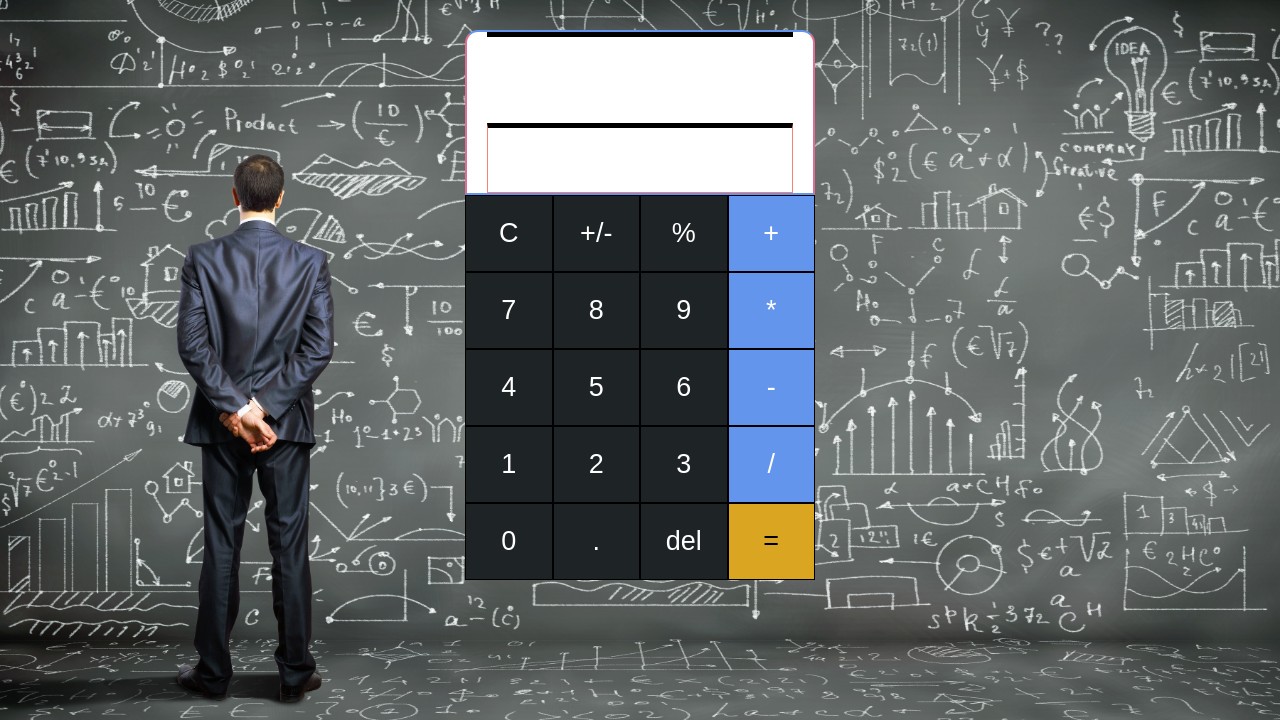
Repository: OfirLana/Calculator
Page: index.html
An editor plug-in stored every save of this project. The page is shown before and after the next save, followed by the edit.
The browser window is 1280 px wide. The pictures show the whole page.

Above is the page before, as saved 2019-03-18 13:41:56.

### index.html
<!DOCTYPE html>
<html lang="en">

<head>
    <meta charset="UTF-8">
    <meta name="viewport" content="width=device-width, initial-scale=1.0">
    <meta http-equiv="X-UA-Compatible" content="ie=edge">
    <link href="https://fonts.googleapis.com/css?family=Lato:100,300,400,700,900" rel="stylesheet">
    <title>Document</title>
    <link rel="stylesheet" href="style.css">
</head>

<body>

    <div class="calculator">
        <div class="output_box">
            <div class="main_output" ></div>
            <div class="sub_output"></div>
        </div>


        <div class="opeartor_box">
            <button class="btn dlt">C</button>
            <button class="btn">+/-</button>
            <button class="btn ">%</button>
            <button class="btn op">+</button>
            <button class="btn">7</button>
            <button class="btn">8</button>
            <button class="btn">9</button>
            <button class="btn op">*</button>
            <button class="btn">4</button>
            <button class="btn">5</button>
            <button class="btn">6</button>
            <button class="btn op">-</button>
            <button class="btn">1</button>
            <button class="btn">2</button>
            <button class="btn">3</button>
            <button class="btn op">/</button>
            <button class="btn">0</button>
            <button class="btn">.</button>
            <button class="btn">del</button>
            <button class="btn sum">=</button>


        </div>








    </div>
    <script src="index.js"></script>
</body>

</html>

### style.css
* {
    margin: 0;
    padding: 0;
    box-sizing: border-box;
}

html {
    font-size: 62.5%;
}

body {
    font-family: "Lato", sans-serif;
    font-size: 1.6rem;
    color: #777;
    padding: 3rem 0px 0px 0px;
    /* background: cadetblue; */
    background:url(img/math2.jpg);
    background-size: cover;

}



.calculator {
    display: flex;
    flex-direction: column;
    margin: 0 auto;
    width: 35rem;
    height: 55rem;
    /* border: 1px solid red; */
    border-radius: 5px;
}

.output_box {
    display: flex;
    flex-direction: column;
    flex-basis: 30%;
    border: 2px solid cornflowerblue;
    border-radius: 13px 13px 0px 0px;
    border-right: 2px solid palevioletred;
    border-left: 2px solid palevioletred;
    width: 100%;
    justify-content: space-between;
    padding:0px 20px;
    background:white;
    color:black;
    font-size:19px;
}

.main_output {
    display: flex;
    /* border: 1px solid blue; */
    height: 6rem;
    justify-content: center;
    align-items:center;
    /* background:blue; */
  /* border:1px solid tomato; */
    width:100%;
    /* background:blue; */
    text-align:end;
    overflow: hidden;
    border-top: 5px solid black;
}






.sub_output {
    display: flex;
    border: 1px solid salmon;
    height: 7rem;
    /* background:red; */
    display:flex;
    justify-content: center;
    align-items: center;
    overflow: hidden;
    border-top:5px solid black;
    /* background:tomato; */
}

.opeartor_box{
    display:flex;
    /* flex-direction: column; */
    flex-wrap:wrap;
    width:100%;
    /* border:5px solid purple; */
    flex-basis:70%;
}

.btn{
    width:25%;
    height:20%;
    background:#1E2326;
    border: 1px solid black;
    color:white;
    font-size:27px;
    font-weight:100;
    cursor: pointer;
}

.btn:active{
    background: salmon;
    border:1px solid black;
}
.btn:hover{
    opacity:0.8;
}
.op {
    background:cornflowerblue;
}

.sum{
    background:goldenrod;
    color:black;
}

Loaded but not shown: index.js (no copy from this time; the picture is the same without it)

After the next save:
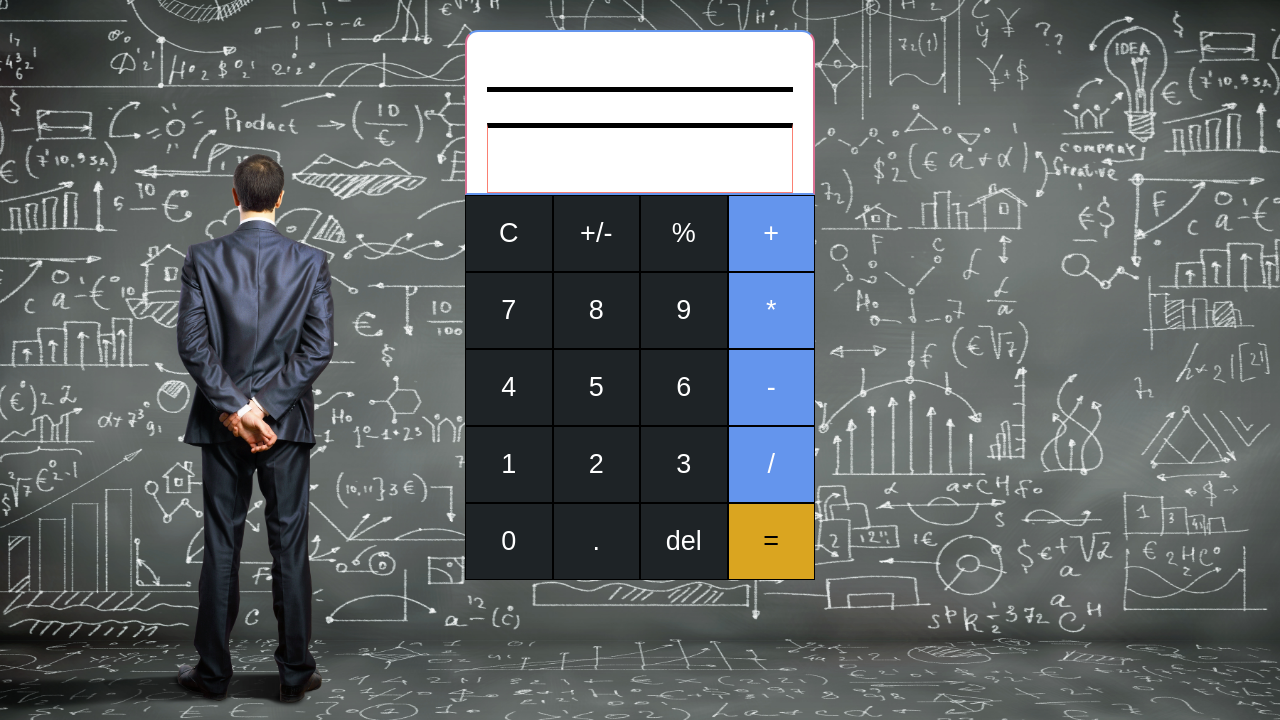
Saved 5 s later.
--- a/style.css
+++ b/style.css
@@ -59,7 +59,7 @@ body {
     /* background:blue; */
     text-align:end;
     overflow: hidden;
-    border-top: 5px solid black;
+    border-bottom: 5px solid black;
 }
 
 
